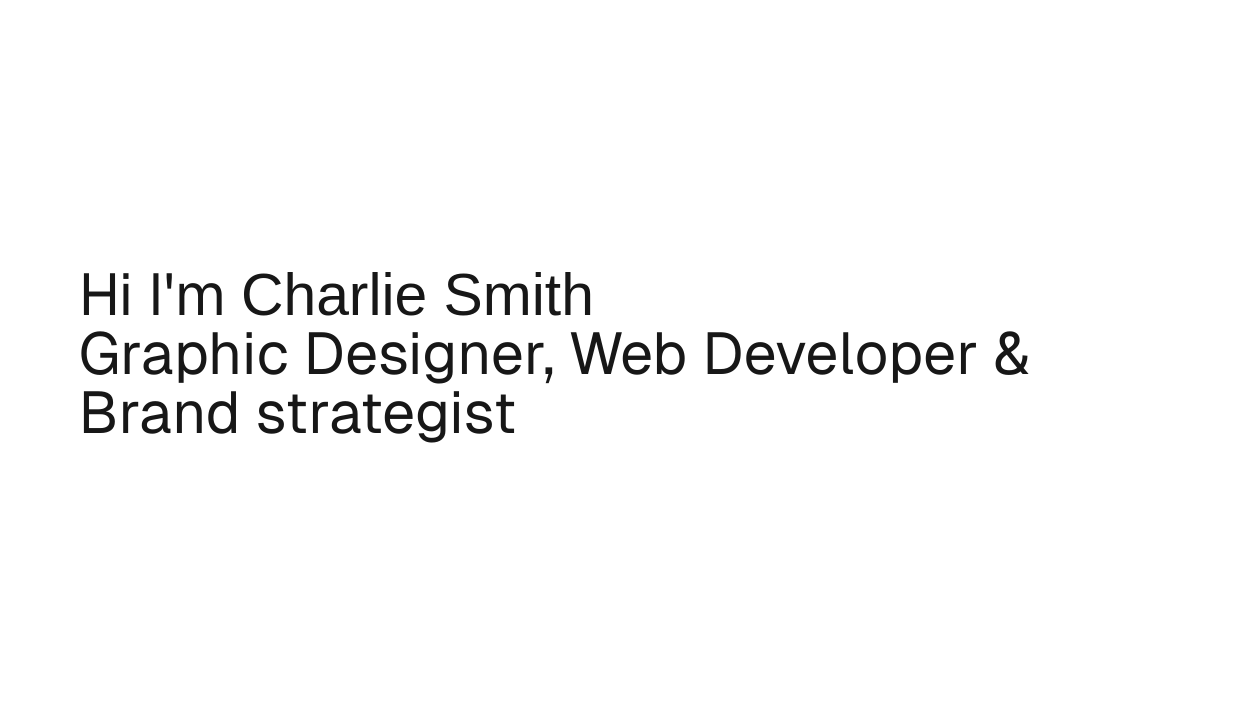
Repository: charlehs/portfolio
Page: /
An editor plug-in stored every save of this project. The page is shown before and after a run of saves, followed by the edit.
The browser window is 1280 px wide. The pictures show the whole page, at 98% of full size.
Some web fonts or font styles are not loaded; a fallback is used. The project was rebuilt for these pictures with package versions that can differ from the ones it lists, and the page was loaded fresh each time. The framework's server and built-in components were replaced by stand-ins that run in the browser. Also part of the build but not shown: next.config.ts.

Above is the page before, as saved 2025-01-02 16:34:42.

### app/layout.tsx
import type { Metadata } from "next";
import localFont from "next/font/local";
import Nav from "./components/Nav";
import "./globals.css";

const geistSans = localFont({
  src: "./fonts/GeistVF.woff",
  variable: "--font-geist-sans",
  weight: "100 900",
});
const geistMono = localFont({
  src: "./fonts/GeistMonoVF.woff",
  variable: "--font-geist-mono",
  weight: "100 900",
});

export const metadata: Metadata = {
  title: "Create Next App",
  description: "Generated by create next app",
};

export default function RootLayout({
  children,
}: Readonly<{
  children: React.ReactNode;
}>) {
  return (
    <html lang="en">
      <body
        className={`${geistSans.variable} ${geistMono.variable} antialiased`}
      >
        {/* <Nav /> */}
        {children}
      </body>
    </html>
  );
}

### app/page.tsx
import Image from "next/image";

export default function Home() {
  return (
    <div className="grid grid-rows-[20px_1fr_20px] items-center justify-items-center min-h-screen p-8 pb-20 gap-16 sm:p-20 font-[family-name:var(--font-geist-sans)]">
      <main className="flex flex-col gap-8 row-start-2 items-center sm:items-start">
        <p className=" text-6xl">
          Hi I'm <span className="harmond-text">Charlie Smith</span>
          <br /> Graphic Designer, Web Developer & Brand strategist
        </p>
      </main>
      {/* <footer className="row-start-3 flex gap-6 flex-wrap items-center justify-center"></footer> */}
    </div>
  );
}

### app/globals.css
@tailwind base;
@tailwind components;
@tailwind utilities;

:root {
  --background: #ffffff;
  --foreground: #171717;
}

@media (prefers-color-scheme: dark) {
  :root {
    --background: #0a0a0a;
    --foreground: #ededed;
  }
}

body {
  color: var(--foreground);
  background: var(--background);
  font-family: Arial, Helvetica, sans-serif;
}

@font-face {
  font-family: "Harmond";
  src: url("/fonts/Harmond-SemiBoldCondensed.otf") format("opentype");
  font-weight: 600; /* Regular */
  font-style: normal;
}

@font-face {
  font-family: "MyFont";
  src: url("/fonts/MyFont-Bold.otf") format("opentype");
  font-weight: 700; /* Bold */
  font-style: normal;
}

.harmond-text {
  font-family: "Harmond", sans-serif;
}

Loaded but not shown: tailwind.config.ts (common file)

After the next 3 saves:
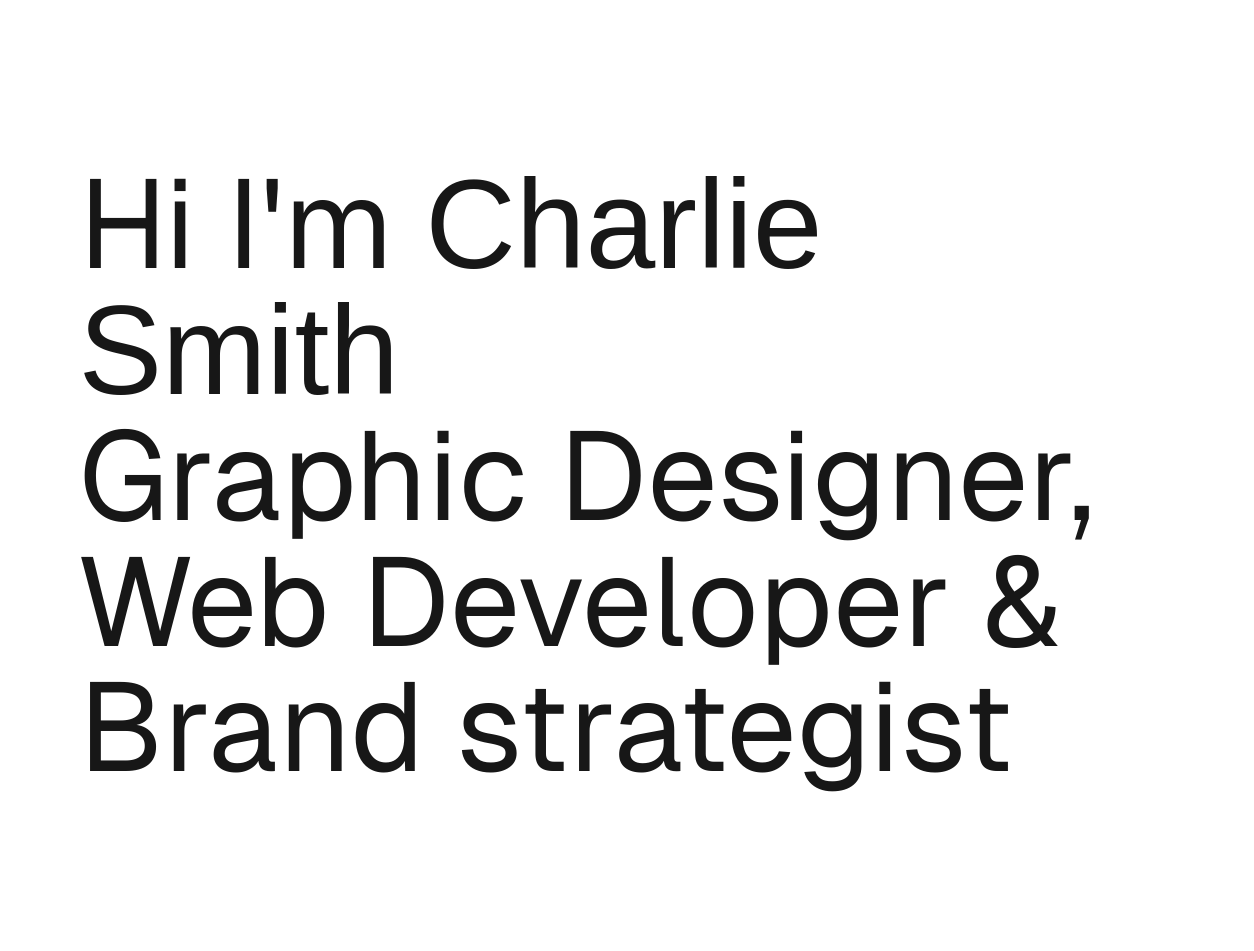
The 3 saves are shown as one change because they came seconds apart.
The last was saved 21 s later.
--- a/app/page.tsx
+++ b/app/page.tsx
@@ -4,7 +4,7 @@ export default function Home() {
   return (
     <div className="grid grid-rows-[20px_1fr_20px] items-center justify-items-center min-h-screen p-8 pb-20 gap-16 sm:p-20 font-[family-name:var(--font-geist-sans)]">
       <main className="flex flex-col gap-8 row-start-2 items-center sm:items-start">
-        <p className=" text-6xl">
+        <p className=" text-9xl">
           Hi I'm <span className="harmond-text">Charlie Smith</span>
           <br /> Graphic Designer, Web Developer & Brand strategist
         </p>
